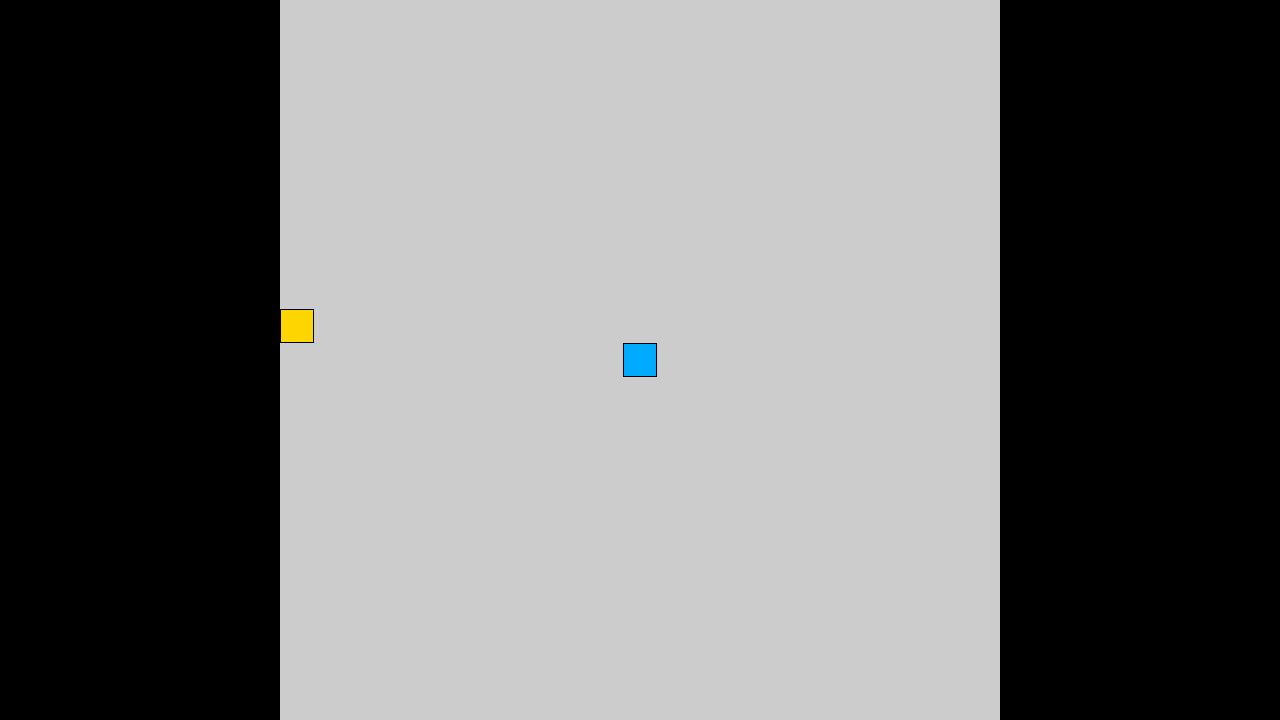
Repository: jinghuai8092/Snake_Game
Page: index.html
The author's editor kept a copy of each file at every save. The page is drawn from the files as they stood at one save, then again after the next save.
The browser window is 1280 px wide. The pictures show the whole page.

Above is the page before, as saved 2021-11-16 14:28:00.

After the next save:
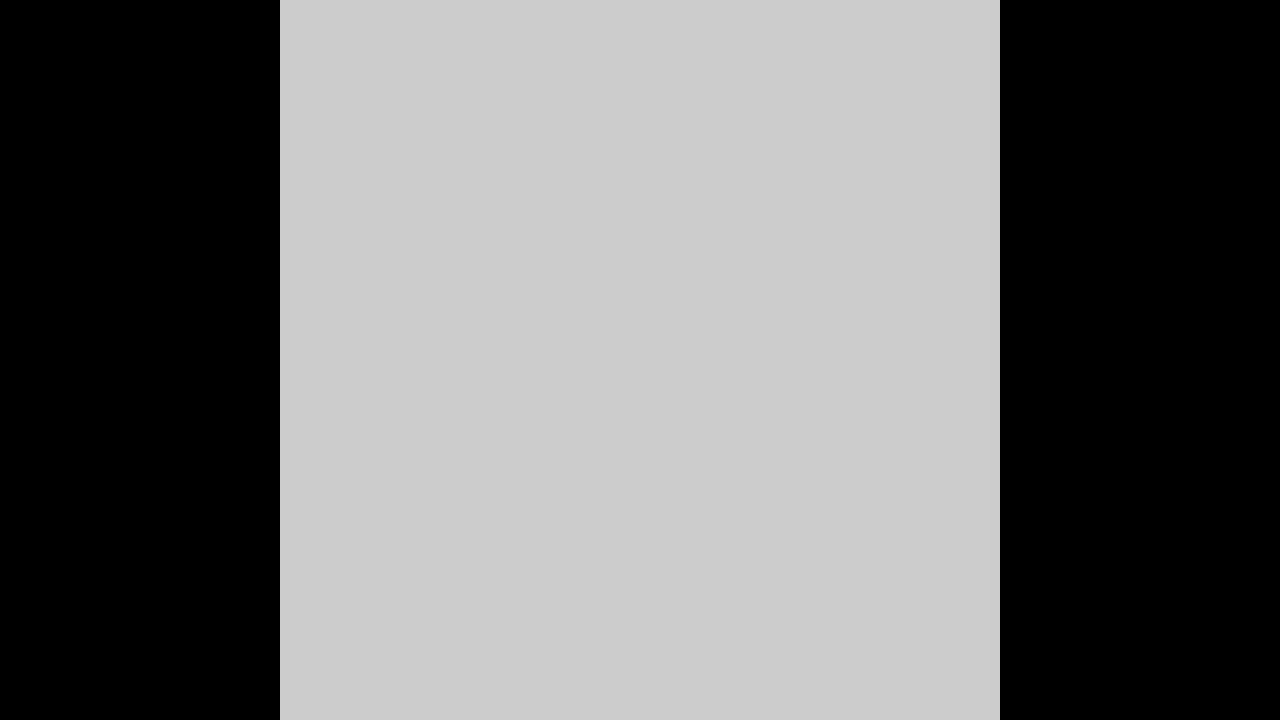
Console error: SyntaxError: Unexpected token '}'
Saved 94 s later.
--- a/food.js
+++ b/food.js
@@ -15,3 +15,7 @@ export function draw(gameBoard) {
     foodElement.classList.add('food');
     gameBoard.appendChild(foodElement)
 }
+function getRandomFoodPosition(){
+    let newFoodPosition
+    while(newFoodPosition==null||onSnake(newFoodPosition))
+}

After the save that followed:
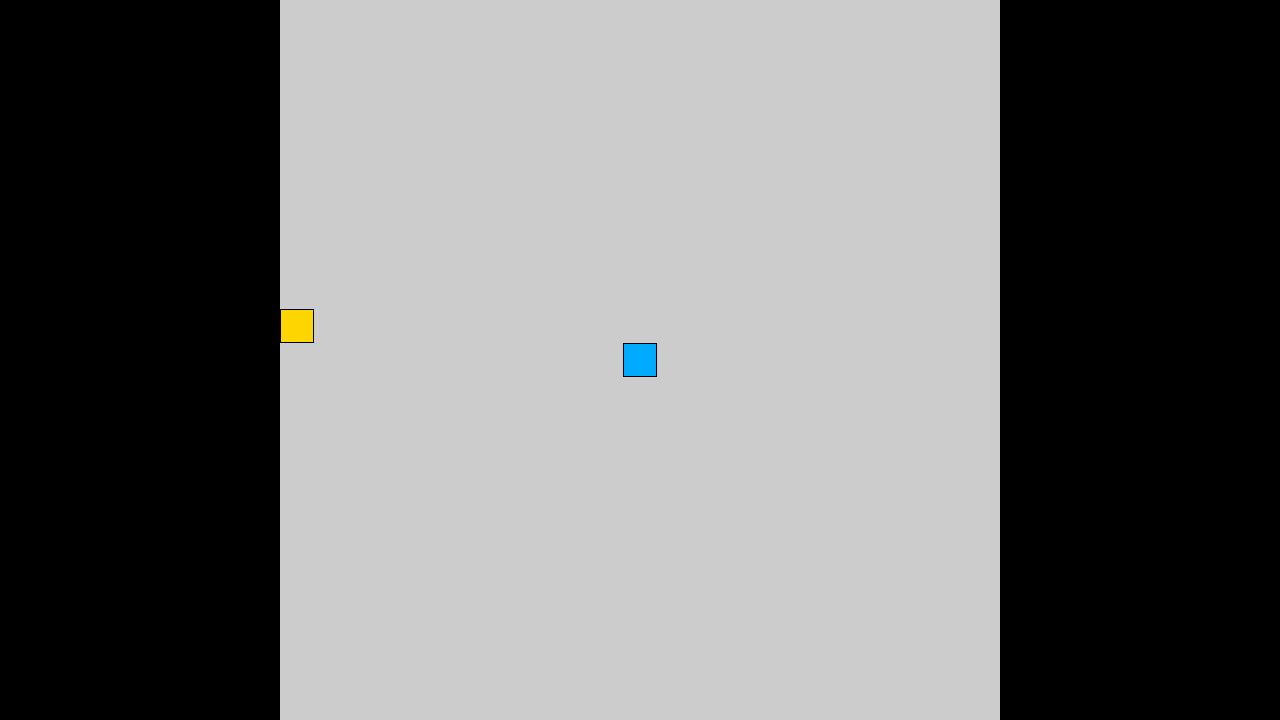
The error is gone.
Saved 49 s later.
--- a/food.js
+++ b/food.js
@@ -17,5 +17,8 @@ export function draw(gameBoard) {
 }
 function getRandomFoodPosition(){
     let newFoodPosition
-    while(newFoodPosition==null||onSnake(newFoodPosition))
+    while(newFoodPosition==null||onSnake(newFoodPosition)){
+        newFoodPosition= randomGridPosition()
+    }
+    return newFoodPosition
 }
